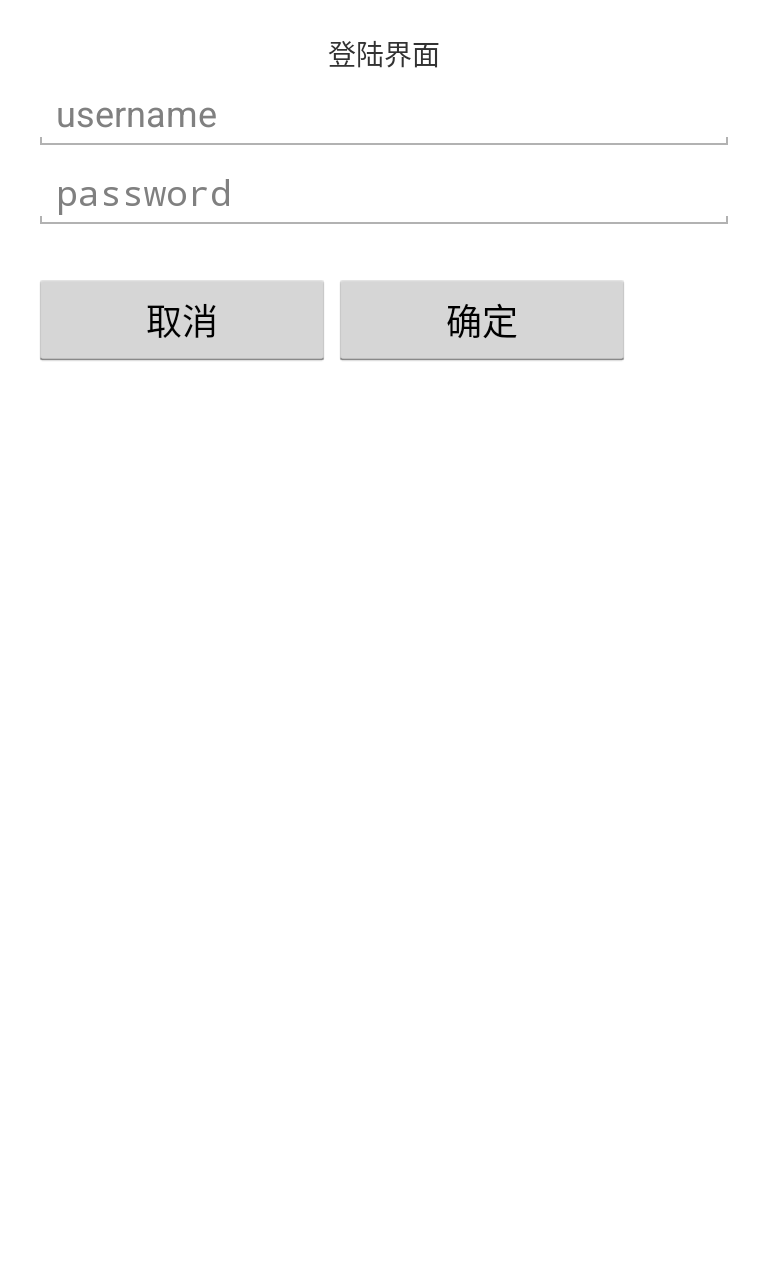
Repository: KungW/windows_learn_java_track
Layout: linear_login/res/layout/activity_main.xml
An editor plug-in stored every save of this project. The layout is shown before and after the next save, followed by the edit.
It is drawn on a 768 x 1280 px phone screen (xhdpi) without system bars, with theme AppTheme; the app's code is not run.

Above is the layout before, as saved 2016-10-30 14:47:17.

### linear_login/res/layout/activity_main.xml
<LinearLayout xmlns:android="http://schemas.android.com/apk/res/android"
    xmlns:tools="http://schemas.android.com/tools"
    android:layout_width="match_parent"
    android:layout_height="match_parent"
    android:paddingBottom="@dimen/activity_vertical_margin"
    android:paddingLeft="@dimen/activity_horizontal_margin"
    android:paddingRight="@dimen/activity_horizontal_margin"
    android:paddingTop="@dimen/activity_vertical_margin"
    android:orientation="vertical"
    tools:context=".MainActivity" >

    >
 <TextView
        android:id="@+id/labelview"
        android:layout_width="match_parent"
        android:layout_height="wrap_content"
        android:gravity="center"
        android:text="登陆界面" />
    <EditText
        android:id="@+id/usernameText"
        android:layout_width="match_parent"
        android:layout_height="wrap_content"
       	android:hint="username"

        />
    <EditText
        android:id="@+id/passwordText"
        android:layout_width="match_parent"
        android:layout_height="wrap_content"
        android:hint="password"
        android:inputType="textPassword"
        />
     <TextView
        android:id="@+id/resview"
        android:layout_width="match_parent"
        android:layout_height="20dp"
        android:gravity="center"
        android:text="" />
   <LinearLayout
    android:layout_width="match_parent"
    android:layout_height="match_parent"
    android:orientation="horizontal"
    tools:context=".MainActivity" >


    <Button
        android:id="@+id/cancelButton"
        android:layout_width="150dp"
        android:layout_height="wrap_content"


        android:text="取消"
        />
    <Button
        android:id="@+id/okButton"
        android:layout_width="150dp"
        android:layout_height="wrap_content"
        android:text="确定"
        />
     </LinearLayout>

</LinearLayout>

Loaded but not shown: linear_login/res/values/styles.xml (common file); linear_login/res/values-v11/styles.xml (common file); linear_login/res/values-v14/styles.xml (common file); linear_login/res/values/dimens.xml (common file)

After the next save:
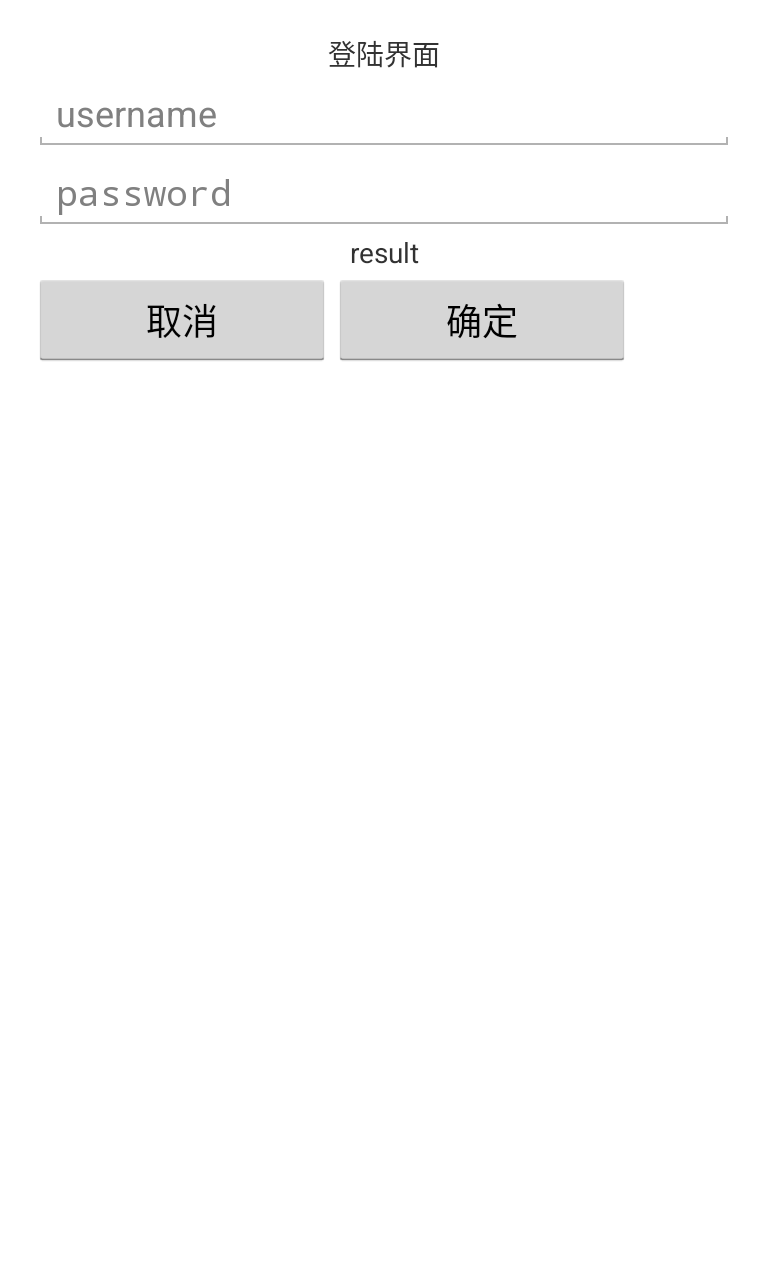
Saved 46 s later.
--- a/linear_login/res/layout/activity_main.xml
+++ b/linear_login/res/layout/activity_main.xml
@@ -35,7 +35,7 @@
         android:layout_width="match_parent"
         android:layout_height="20dp"
         android:gravity="center"
-        android:text="" />
+        android:text="result" />
    <LinearLayout
     android:layout_width="match_parent"
     android:layout_height="match_parent"
